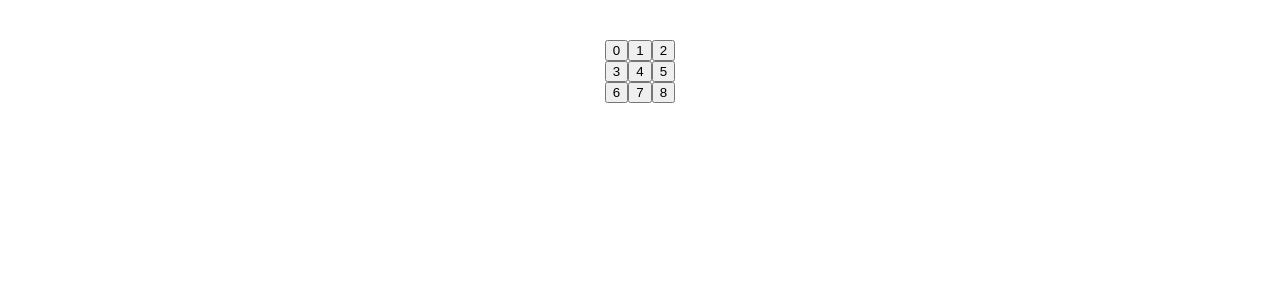
Repository: NoobAjay/tictactoe-game
Page: /
These files come from the project's save history. The page is drawn as it stood at one moment and after the next save; the edit follows.
The browser window is 1280 px wide. The pictures show the whole page.
The project was rebuilt for these pictures with package versions that can differ from the ones it lists, and the page was loaded fresh each time. Also part of the build but not shown: vite.config.js.

Above is the page before, as saved 2023-03-22 09:30:56.

After the next save:
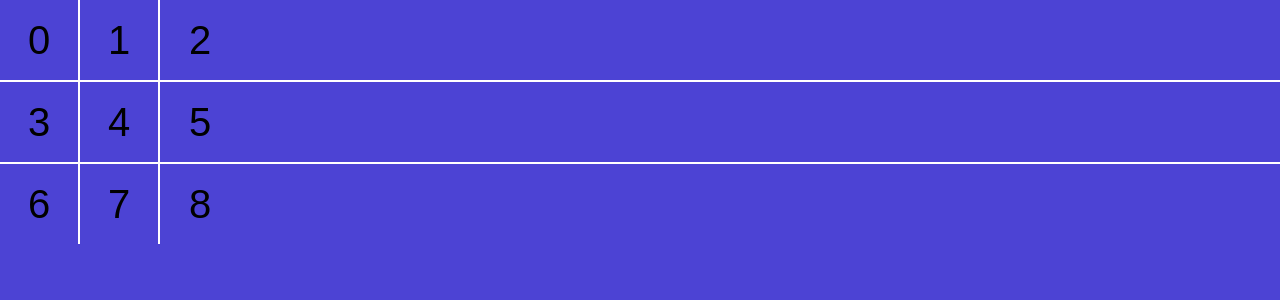
Saved 82 s later.
--- a/src/App.jsx
+++ b/src/App.jsx
@@ -1,4 +1,4 @@
-import './App.css';
+import './styles.scss';
 // import Square from './components/Square';
 import Board from './components/Board';
 
